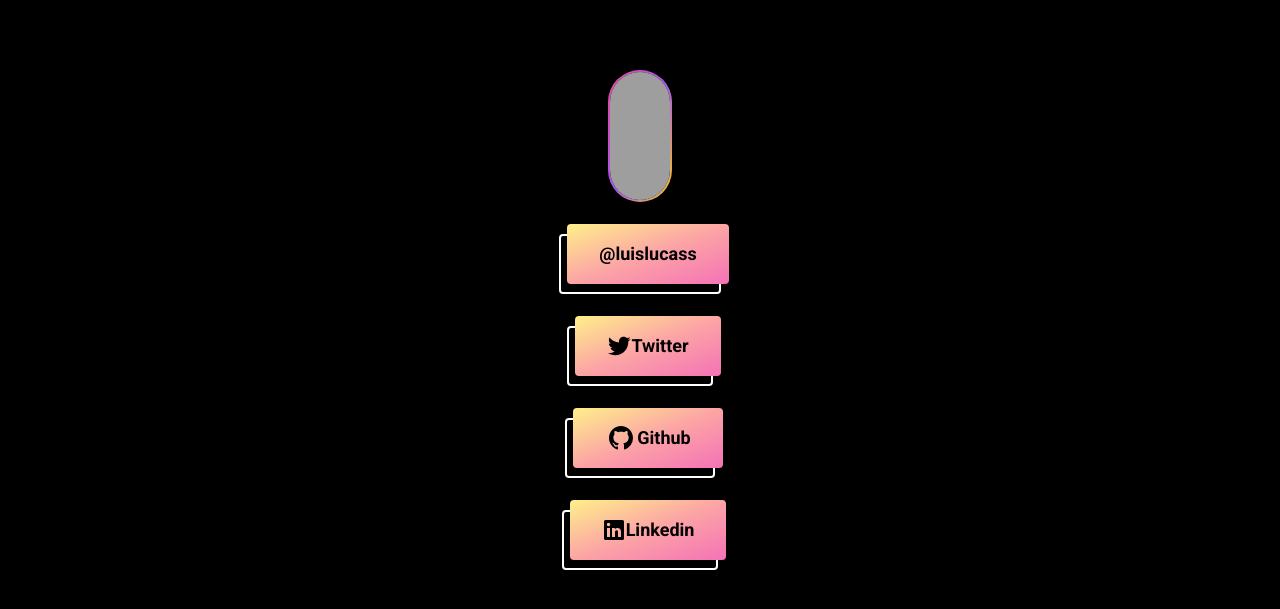
Repository: LuisSempre/link-to
Page: index.html
These files come from the project's save history. The page is drawn as it stood at one moment and after the next save; the edit follows.
The browser window is 1280 px wide. The pictures show the whole page.
Pictures or frames that could not be fetched are drawn as grey boxes. Some web libraries are served in a nearby version.

Above is the page before, as saved 2022-07-05 23:01:40.

After the next save:
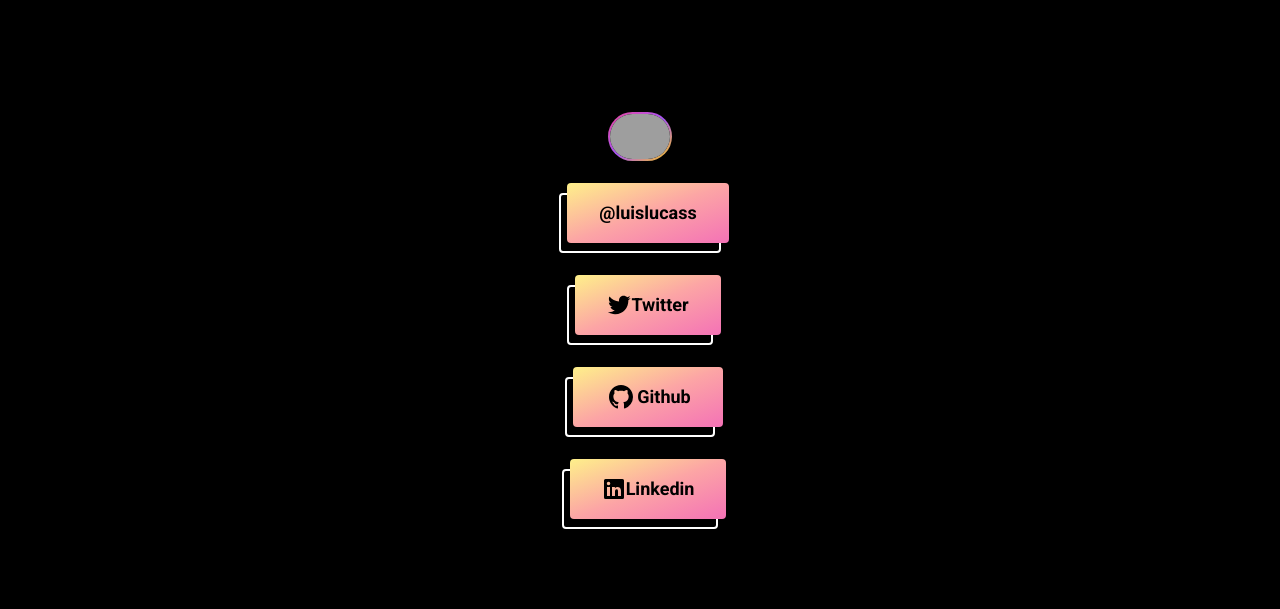
Saved 8 s later.
--- a/index.html
+++ b/index.html
@@ -22,7 +22,7 @@
                             <div class="relative overflow-hidden rounded-full bg-transparent p-0.5 shadow-sm focus-within:ring-2 focus-within:ring-indigo-500 focus-within:ring-offset-2 hover:border-gray-400">
                               <div class="relative z-10 rounded-full bg-black">
                                 <div class="">
-                                  <img class="h-32 w-64 rounded-full"
+                                  <img class="rounded-full"
                                   src="https://media-exp1.licdn.com/dms/image/C4E03AQFxPhk96MlXfQ/profile-displayphoto-shrink_200_200/0/1657066015387?e=1662595200&v=beta&t=46RcbSFLFtHk2myzGi4bPHYy5s70sijbLJP_5fhpsZ8" alt="" />
                                 </div>
                               </div>
